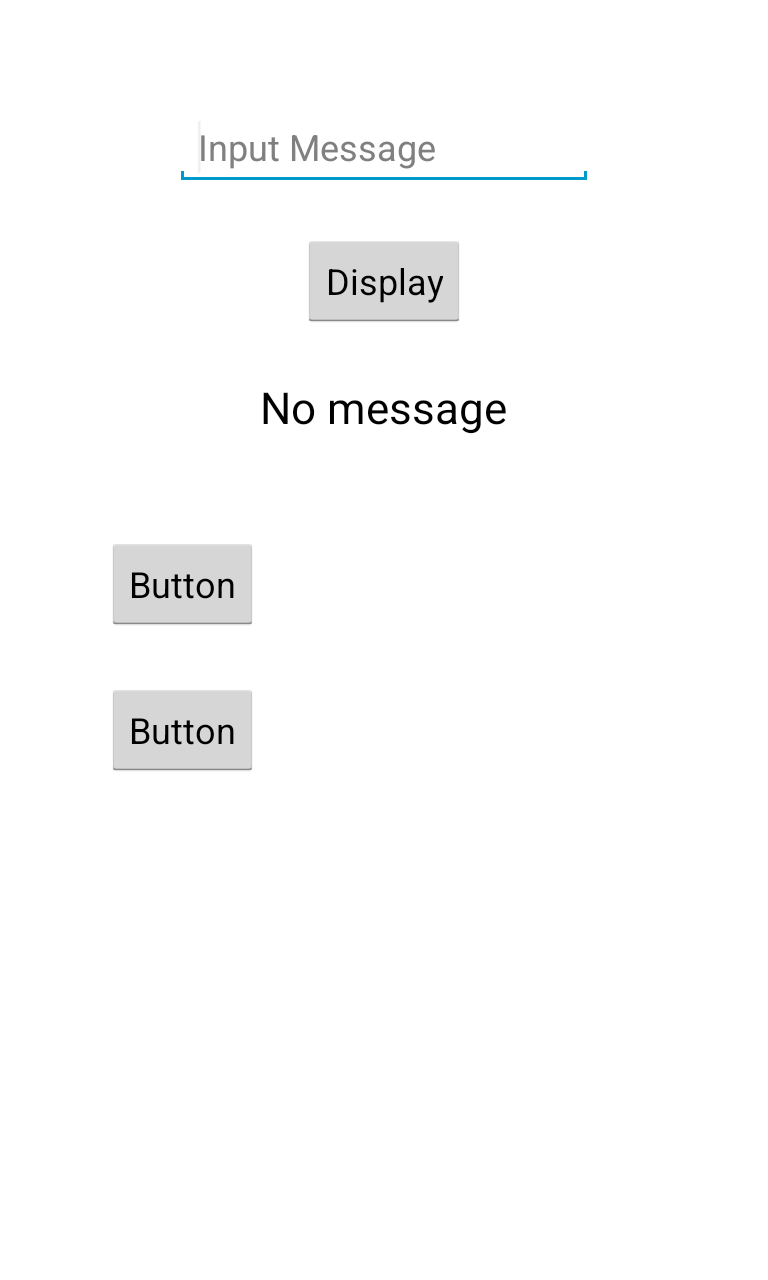
Repository: MadhuHS/JECM3
Layout: ButtonView/res/layout/activity_main.xml
The author's editor kept a copy of each file at every save. The layout is drawn from the files as they stood at one save, then again after the next save.
It is drawn on a 768 x 1280 px phone screen (xhdpi) without system bars, with theme AppTheme; the app's code is not run.

Above is the layout before, as saved 2015-11-09 02:52:58.

### ButtonView/res/layout/activity_main.xml
<RelativeLayout xmlns:android="http://schemas.android.com/apk/res/android"
    xmlns:tools="http://schemas.android.com/tools"
    android:layout_width="match_parent"
    android:layout_height="match_parent"
    android:paddingBottom="@dimen/activity_vertical_margin"
    android:paddingLeft="@dimen/activity_horizontal_margin"
    android:paddingRight="@dimen/activity_horizontal_margin"
    android:paddingTop="@dimen/activity_vertical_margin"
    tools:context=".MainActivity" >

    <EditText
        android:id="@+id/editTextinput"
        android:layout_width="wrap_content"
        android:layout_height="wrap_content"
        android:layout_alignParentTop="true"
        android:layout_centerHorizontal="true"
        android:layout_marginTop="38dp"
        android:ems="10"
        android:hint="Input Message" >

        <requestFocus />
    </EditText>

    <Button
        android:id="@+id/buttondisplay"
        android:layout_width="wrap_content"
        android:layout_height="wrap_content"
        android:layout_below="@+id/editTextinput"
        android:layout_centerHorizontal="true"
        android:layout_marginTop="23dp"
        android:onClick="displaymessage"
        android:text="Display" />

    <TextView
        android:id="@+id/textViewoutput"
        android:layout_width="wrap_content"
        android:layout_height="wrap_content"
        android:layout_below="@+id/buttondisplay"
        android:layout_centerHorizontal="true"
        android:layout_marginTop="24dp"
        android:text="No message"
        android:textAppearance="?android:attr/textAppearanceLarge" />

    <Button
        android:id="@+id/button1"
        android:layout_width="wrap_content"
        android:layout_height="wrap_content"
        android:layout_below="@+id/textViewoutput"
        android:layout_marginTop="50dp"
        android:layout_toLeftOf="@+id/textViewoutput"
        android:text="Button" />

    <Button
        android:id="@+id/button2"
        android:layout_width="wrap_content"
        android:layout_height="wrap_content"
        android:layout_alignRight="@+id/button1"
        android:layout_below="@+id/button1"
        android:layout_marginTop="25dp"
        android:text="Button" />

</RelativeLayout>

Loaded but not shown: ButtonView/res/values/styles.xml (common file); ButtonView/res/values-v11/styles.xml (common file); ButtonView/res/values-v14/styles.xml (common file); ButtonView/res/values/dimens.xml (common file)

After the next save:
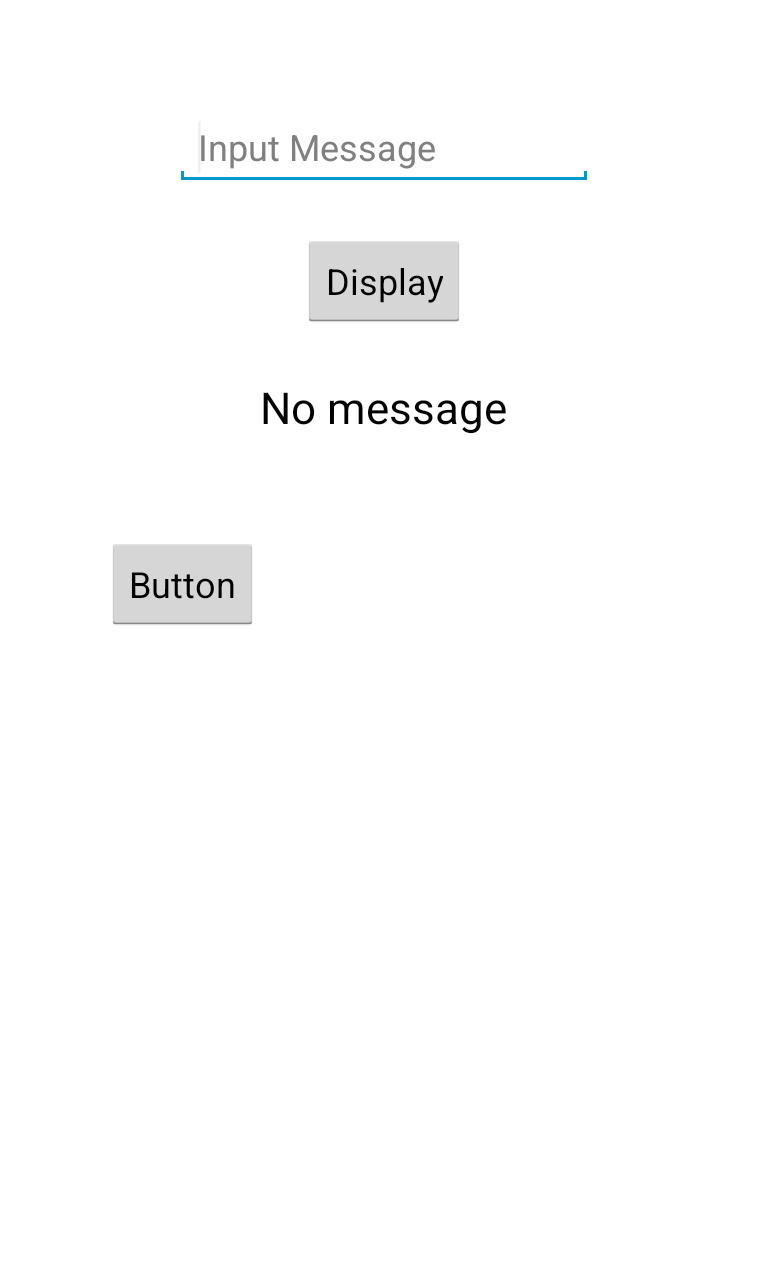
Saved 5 s later.
--- a/ButtonView/res/layout/activity_main.xml
+++ b/ButtonView/res/layout/activity_main.xml
@@ -50,13 +50,4 @@
         android:layout_toLeftOf="@+id/textViewoutput"
         android:text="Button" />
 
-    <Button
-        android:id="@+id/button2"
-        android:layout_width="wrap_content"
-        android:layout_height="wrap_content"
-        android:layout_alignRight="@+id/button1"
-        android:layout_below="@+id/button1"
-        android:layout_marginTop="25dp"
-        android:text="Button" />
-
 </RelativeLayout>
